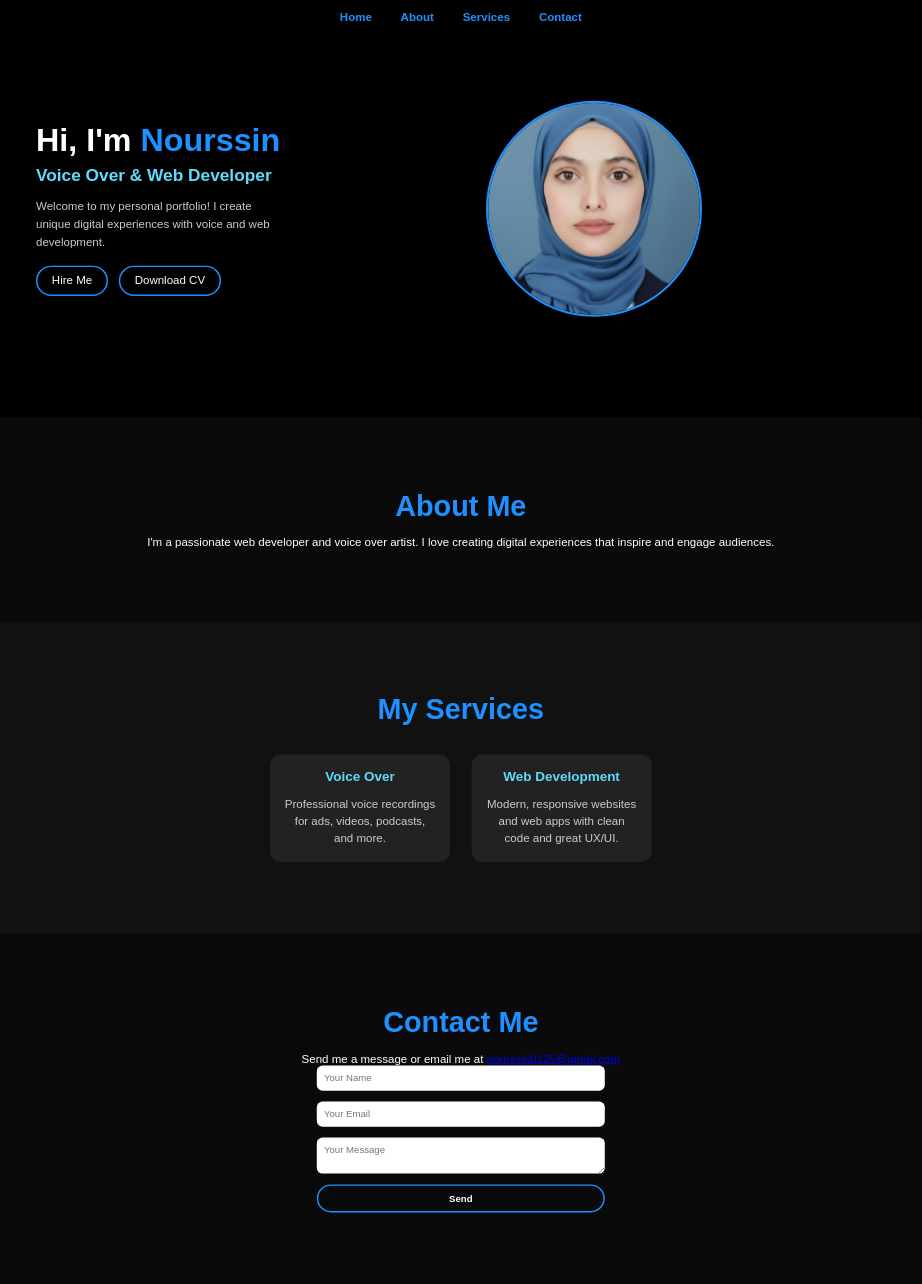
Repository: Abidar-Noura/portfolio
Page: index.html
An editor plug-in stored every save of this project. The page is shown before and after the next save, followed by the edit.
The browser window is 1280 px wide. The pictures show the whole page, at 72% of full size.

Above is the page before, as saved 2025-11-02 10:28:44.

After the next save:
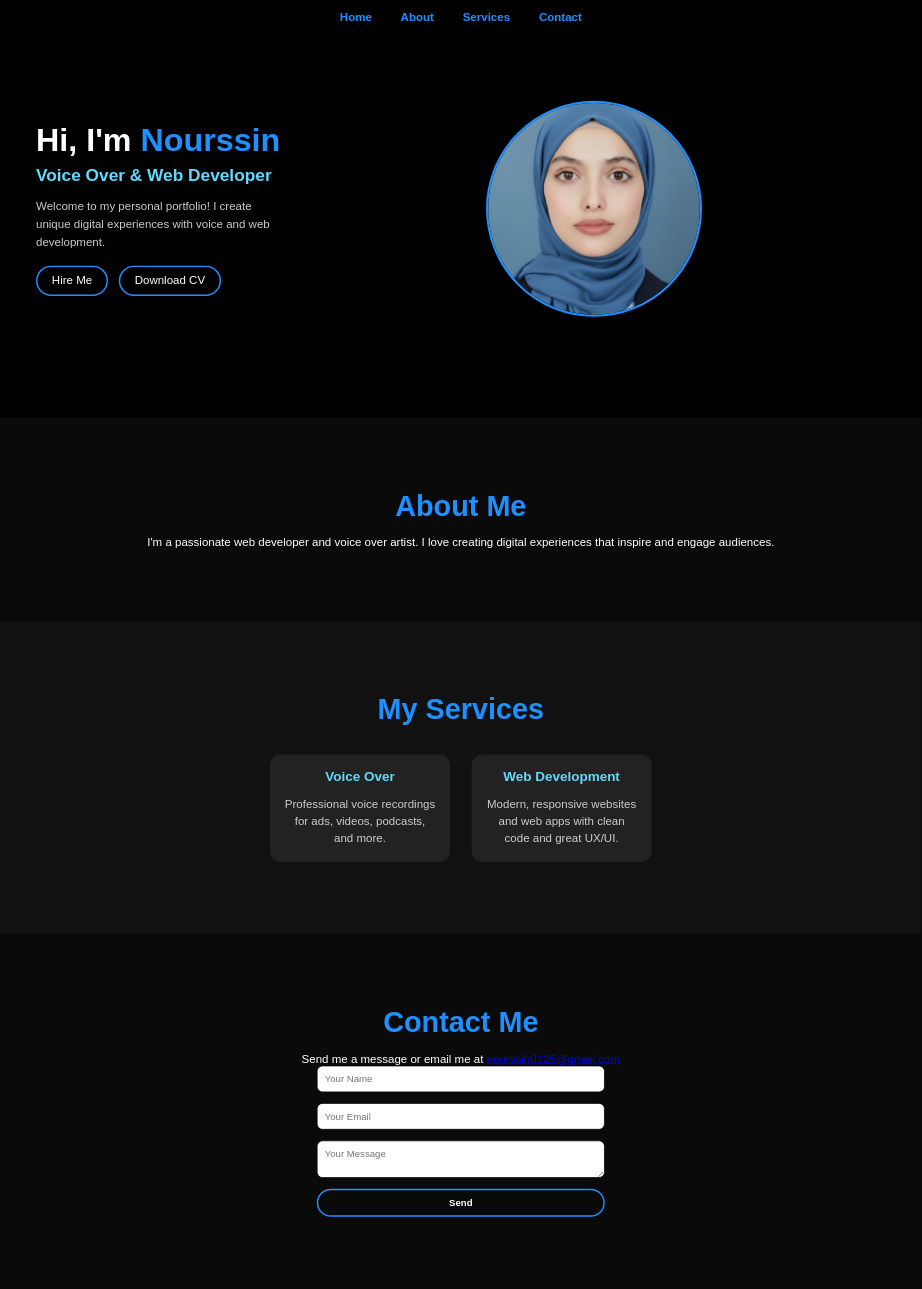
Saved 24 min 59 s later.
--- a/style.css
+++ b/style.css
@@ -217,7 +217,7 @@
 .contact input, .contact textarea {
   padding: 10px;
   border-radius: 8px;
-  border: none;
+  border: 1px solid;
 }
 
 .contact button {

After the save that followed:
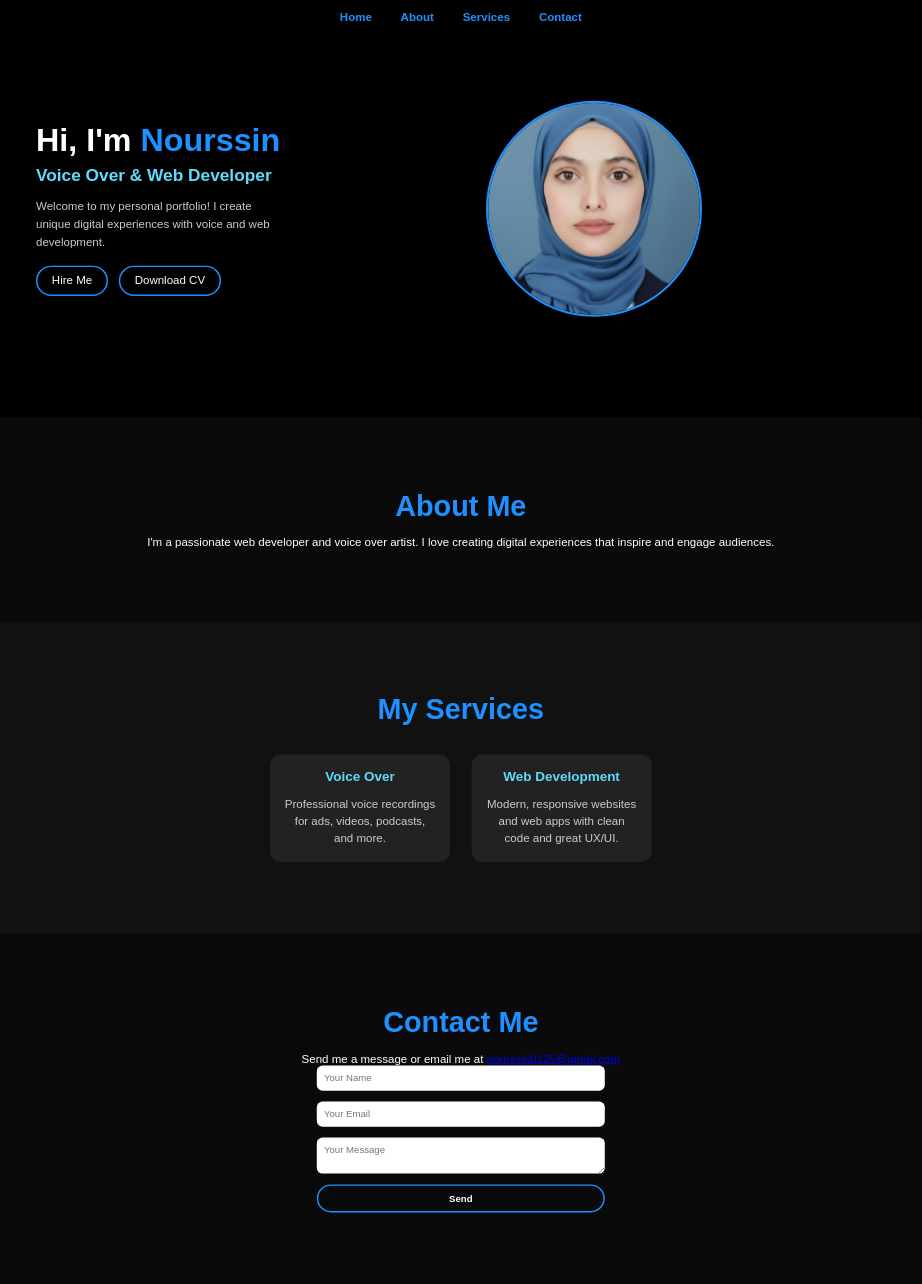
Saved 22 s later.
--- a/style.css
+++ b/style.css
@@ -217,7 +217,7 @@
 .contact input, .contact textarea {
   padding: 10px;
   border-radius: 8px;
-  border: 1px solid;
+  border: 1px;
 }
 
 .contact button {
